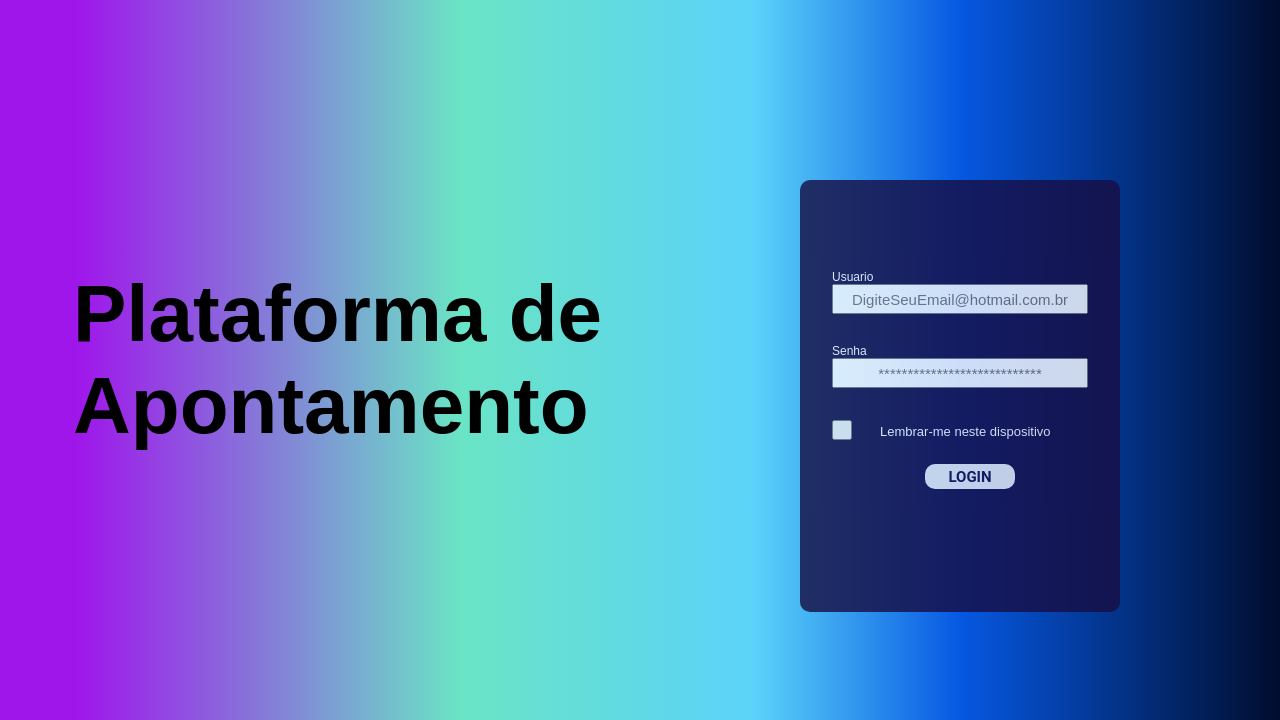
Repository: KevynMarques/Estudos-Reactjs-Firebase
Page: /
The author's editor kept a copy of each file at every save. The page is drawn from the files as they stood at one save, then again after the next save.
The browser window is 1280 px wide. The pictures show the whole page.
The page's requests for data from a server got no answer. The project was rebuilt for these pictures with package versions that can differ from the ones it lists, and the page was loaded fresh each time. No one was signed in, and anything a server would have sent is missing. Also part of the build but not shown: src/Pages/Page2.jsx.

Above is the page before, as saved 2022-08-23 14:54:11.

After the next save:
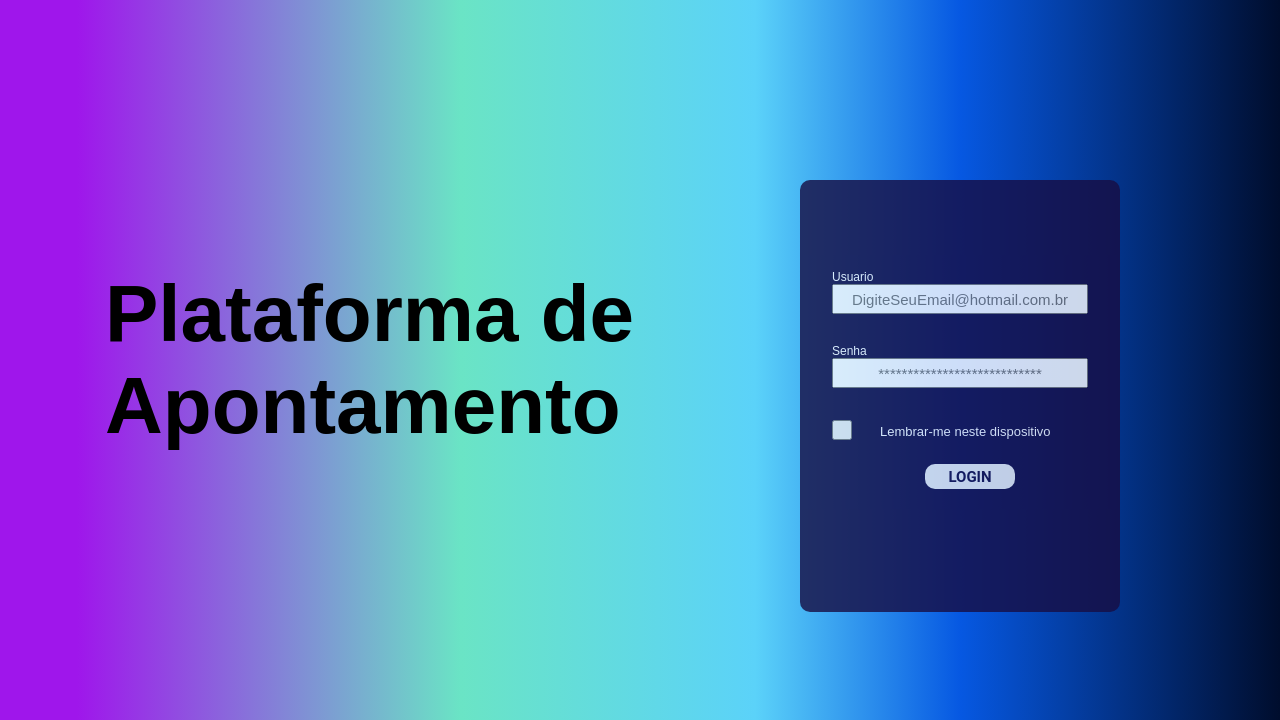
Saved 7 s later.
--- a/src/Components/Login/style.jsx
+++ b/src/Components/Login/style.jsx
@@ -12,7 +12,7 @@ height: 100vh;
 
 export const TextTittle = styled.h1`
 position: absolute;
-margin-left: -30vw;
+margin-left: -25vw;
 font-family: Arial, Helvetica, sans-serif;
 max-width: 750px;
 font-size: 80px;
